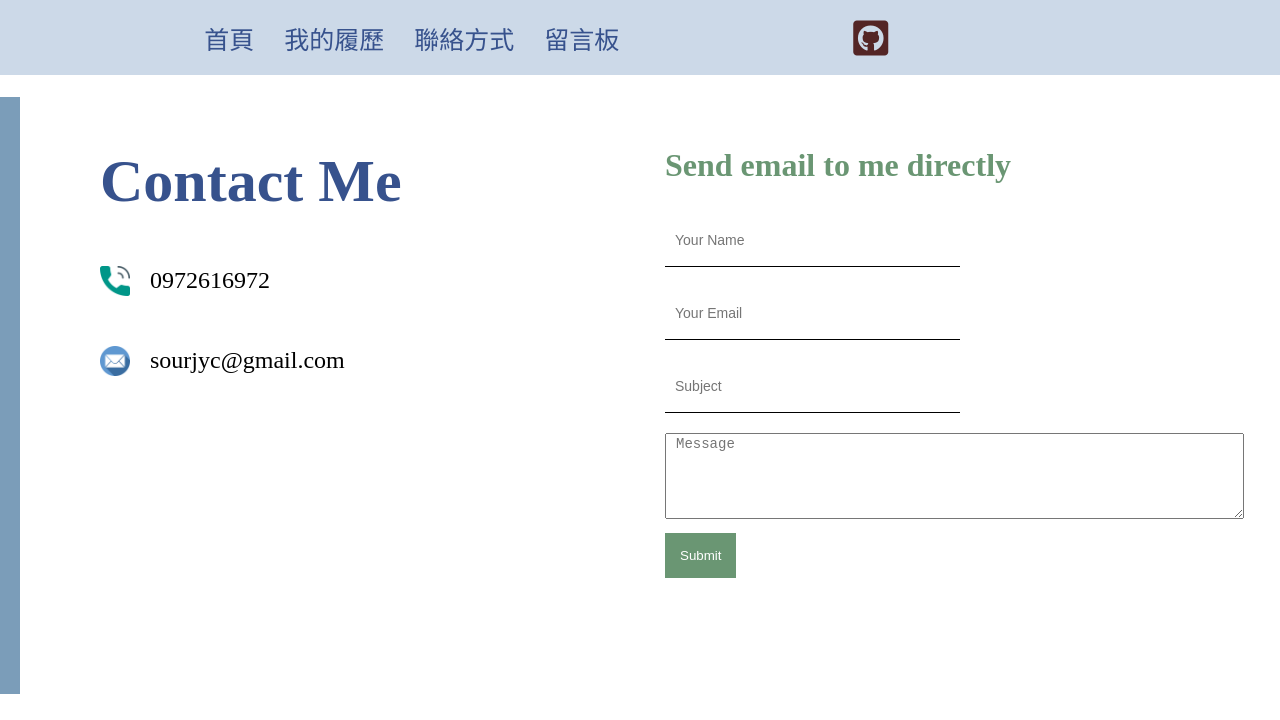
Repository: lcjyc/portfolio-website
Page: /contact
An editor plug-in stored every save of this project. The page is shown before and after the next save, followed by the edit.
The browser window is 1280 px wide. The pictures show the whole page.
The project was rebuilt for these pictures with package versions that can differ from the ones it lists, and the page was loaded fresh each time. Also part of the build but not shown: src/pages/home/home.css, src/pages/home/Home.jsx, src/pages/resume/resume.css, src/pages/resume/Resume.jsx.

Above is the page before, as saved 2022-08-20 09:49:14.

After the next save:
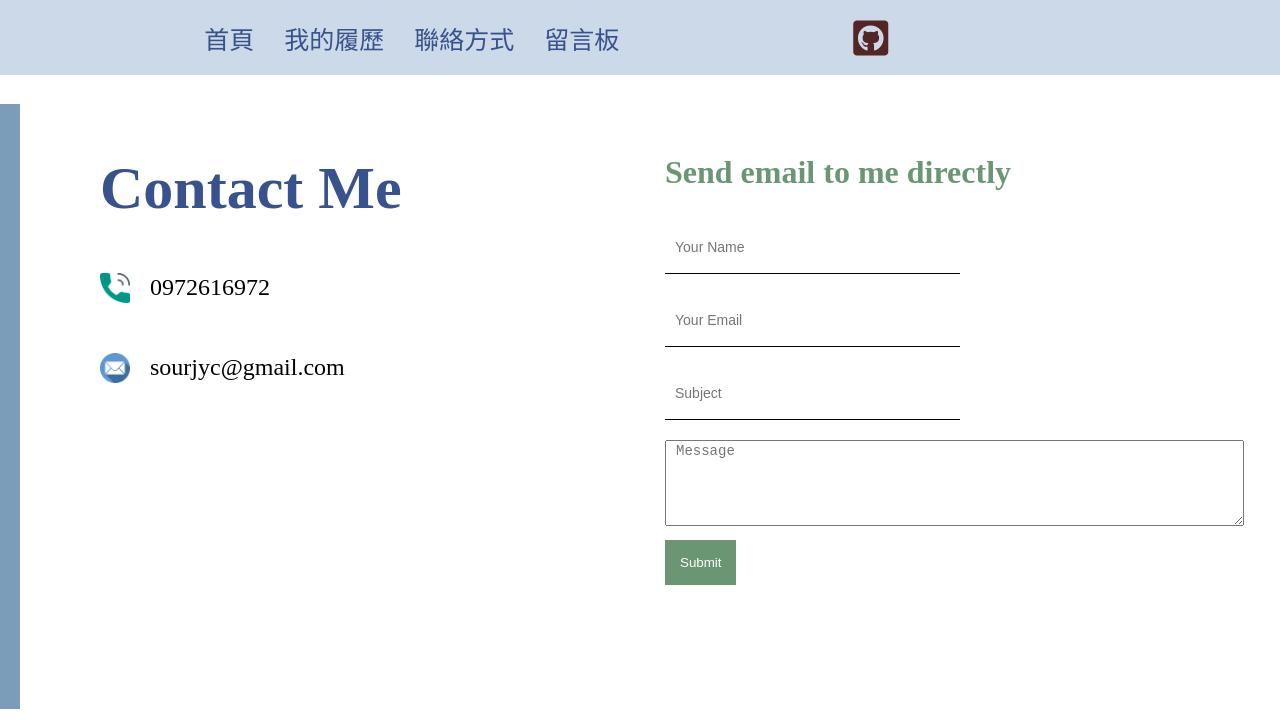
Saved 21 s later.
--- a/src/pages/contact/contact.css
+++ b/src/pages/contact/contact.css
@@ -1,7 +1,7 @@
 .c {
   height: 80vh;
   position: relative;
-  padding-top: 3vh;
+  padding-top: 4vh;
 }
 
 .c-bg {
